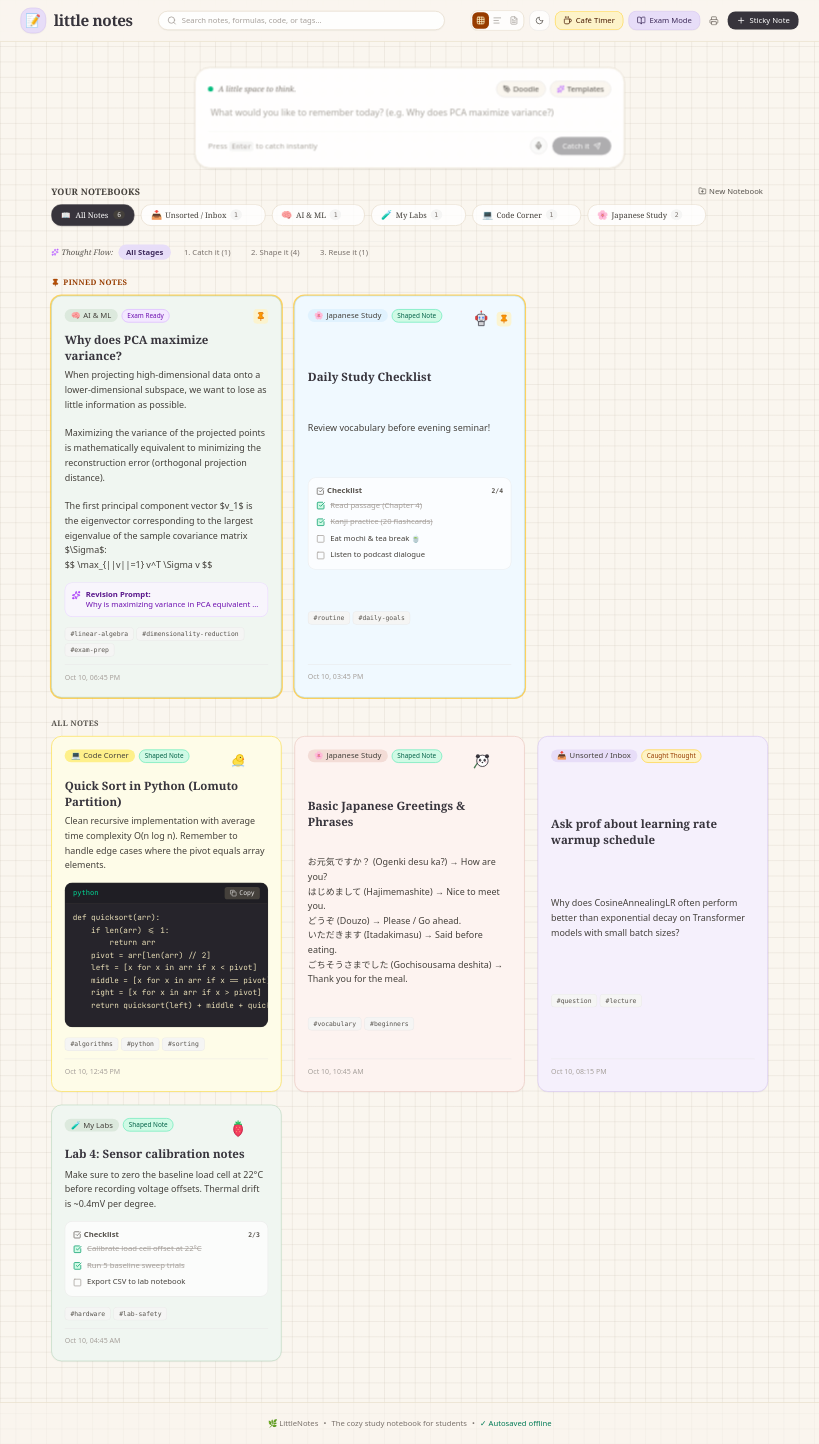
Repository: NourImen-cloud/LittleNotes
Page: /
An editor plug-in stored every save of this project. The page is shown before and after the next save, followed by the edit.
The browser window is 1280 px wide. The pictures show the whole page, at 64% of full size.
Some web fonts or font styles are not loaded; a fallback is used. The project was rebuilt for these pictures with package versions that can differ from the ones it lists, and the page was loaded fresh each time. Also part of the build but not shown: vite.config.ts, src/components/StickyNotePickerModal.tsx, src/components/EditNoteModal.tsx, src/components/RevisionModal.tsx, src/utils/audio.ts, src/components/StudyTimerModal.tsx, src/components/DoodleCanvasModal.tsx.

Above is the page before, as saved 2026-10-11 15:38:43.

### index.html
<!doctype html>
<html lang="en">
  <head>
    <meta charset="UTF-8" />
    <link rel="icon" type="image/svg+xml" href="/favicon.svg" />
    <meta name="viewport" content="width=device-width, initial-scale=1.0" />
    <title>LittleNotes — A Cozy Notebook for Students</title>
    <link rel="preconnect" href="https://fonts.googleapis.com">
    <link rel="preconnect" href="https://fonts.gstatic.com" crossorigin>
    <link href="https://fonts.googleapis.com/css2?family=Inter:wght@300;400;500;600;700&family=JetBrains+Mono:wght@400;500;600&family=Lora:ital,wght@0,400;0,500;0,600;1,400&family=Gaegu:wght@400;700&display=swap" rel="stylesheet">
  </head>
  <body class="bg-[#FAF6EF] text-[#37343C] antialiased selection:bg-[#E7DDF8] selection:text-[#37343C]">
    <div id="root"></div>
    <script type="module" src="/src/main.tsx"></script>
  </body>
</html>

### src/index.css
@import "tailwindcss";

@layer base {
  :root {
    --bg-paper: #FAF6EF;
    --color-ink: #37343C;
    --color-lilac: #E7DDF8;
    --color-sage: #DCE9DD;
    --color-blush: #F3DCD6;
    --color-butter: #FEF3C7;
    --color-sky: #E0F2FE;
  }

  body {
    background-color: var(--bg-paper);
    color: var(--color-ink);
    font-family: 'Inter', system-ui, -apple-system, sans-serif;
    margin: 0;
    min-height: 100vh;
  }

  h1, h2, h3, .font-serif {
    font-family: 'Lora', Georgia, serif;
  }

  code, pre, .font-mono {
    font-family: 'JetBrains Mono', monospace;
  }

  .font-handwriting {
    font-family: 'Gaegu', cursive, sans-serif;
  }
}

/* Cozy Notebook Graph / Grid Paper texture */
.grid-paper-bg {
  background-color: #FAF6EF;
  background-image:
    linear-gradient(to right, rgba(200, 190, 175, 0.22) 1px, transparent 1px),
    linear-gradient(to bottom, rgba(200, 190, 175, 0.22) 1px, transparent 1px);
  background-size: 24px 24px;
}

.grid-paper-dense {
  background-color: #FAF6EF;
  background-image:
    linear-gradient(to right, rgba(200, 190, 175, 0.18) 1px, transparent 1px),
    linear-gradient(to bottom, rgba(200, 190, 175, 0.18) 1px, transparent 1px);
  background-size: 16px 16px;
}

.ruled-paper-bg {
  background-color: #FAF6EF;
  background-image: linear-gradient(to bottom, transparent 27px, rgba(200, 190, 175, 0.25) 28px);
  background-size: 100% 28px;
}

/* Custom soft scrollbar */
::-webkit-scrollbar {
  width: 7px;
  height: 7px;
}
::-webkit-scrollbar-track {
  background: transparent;
}
::-webkit-scrollbar-thumb {
  background: rgba(55, 52, 60, 0.15);
  border-radius: 9999px;
}
::-webkit-scrollbar-thumb:hover {
  background: rgba(55, 52, 60, 0.28);
}

### src/data/initialData.ts
import type { Notebook, Note } from '../types';

export const INITIAL_NOTEBOOKS: Notebook[] = [
  {
    id: 'inbox',
    name: 'Unsorted / Inbox',
    color: '#E7DDF8',
    icon: '📥',
    description: 'Catch quick thoughts here before organizing.',
  },
  {
    id: 'ai-ml',
    name: 'AI & ML',
    color: '#DCE9DD',
    icon: '🧠',
    description: 'Machine Learning theory, linear algebra, and neural nets.',
  },
  {
    id: 'my-labs',
    name: 'My Labs',
    color: '#F3DCD6',
    icon: '🧪',
    description: 'Weekly lab experiments, observations, and benchmarks.',
  },
  {
    id: 'code-corner',
    name: 'Code Corner',
    color: '#FEF3C7',
    icon: '💻',
    description: 'Useful algorithms, snippets, and terminal recipes.',
  },
  {
    id: 'japanese',
    name: 'Japanese Study',
    color: '#E0F2FE',
    icon: '🌸',
    description: 'Grammar notes, kanji drills, and conversational phrases.',
  },
];

export const INITIAL_NOTES: Note[] = [
  {
    id: 'note-1',
    title: 'Why does PCA maximize variance?',
    content: `When projecting high-dimensional data onto a lower-dimensional subspace, we want to lose as little information as possible.

Maximizing the variance of the projected points is mathematically equivalent to minimizing the reconstruction error (orthogonal projection distance).

The first principal component vector $v_1$ is the eigenvector corresponding to the largest eigenvalue of the sample covariance matrix $\\Sigma$:
$$ \\max_{||v||=1} v^T \\Sigma v $$`,
    createdAt: new Date(Date.now() - 3600000 * 4).toISOString(),
    updatedAt: new Date(Date.now() - 3600000 * 2).toISOString(),
    notebookId: 'ai-ml',
    color: 'sage',
    styleType: 'classic',
    stage: 'reuse',
    isPinned: true,
    tags: ['linear-algebra', 'dimensionality-reduction', 'exam-prep'],
    revisionQuestion: 'Why is maximizing variance in PCA equivalent to minimizing projection error?',
    revisionAnswer: 'By the Pythagorean theorem, the total variance of a data point is split into the variance along the projection subspace and the squared distance to it. Since total variance is constant, maximizing variance along the projection directly minimizes projection error.',
  },
  {
    id: 'note-2',
    title: 'Daily Study Checklist',
    content: 'Review vocabulary before evening seminar!',
    createdAt: new Date(Date.now() - 3600000 * 12).toISOString(),
    updatedAt: new Date(Date.now() - 3600000 * 5).toISOString(),
    notebookId: 'japanese',
    color: 'sky',
    styleType: 'checklist',
    kawaiiSticker: 'robot',
    stage: 'shape',
    isPinned: true,
    tags: ['routine', 'daily-goals'],
    checklist: [
      { id: 'c-1', text: 'Read passage (Chapter 4)', done: true },
      { id: 'c-2', text: 'Kanji practice (20 flashcards)', done: true },
      { id: 'c-3', text: 'Eat mochi & tea break 🍵', done: false },
      { id: 'c-4', text: 'Listen to podcast dialogue', done: false },
    ],
  },
  {
    id: 'note-3',
    title: 'Quick Sort in Python (Lomuto Partition)',
    content: 'Clean recursive implementation with average time complexity O(n log n). Remember to handle edge cases where the pivot equals array elements.',
    createdAt: new Date(Date.now() - 3600000 * 24).toISOString(),
    updatedAt: new Date(Date.now() - 3600000 * 8).toISOString(),
    notebookId: 'code-corner',
    color: 'butter',
    styleType: 'code',
    kawaiiSticker: 'duck',
    stage: 'shape',
    isPinned: false,
    tags: ['algorithms', 'python', 'sorting'],
    codeBlock: {
      language: 'python',
      code: `def quicksort(arr):
    if len(arr) <= 1:
        return arr
    pivot = arr[len(arr) // 2]
    left = [x for x in arr if x < pivot]
    middle = [x for x in arr if x == pivot]
    right = [x for x in arr if x > pivot]
    return quicksort(left) + middle + quicksort(right)

# Test run
print(quicksort([3, 6, 8, 10, 1, 2, 1]))`,
    },
  },
  {
    id: 'note-4',
    title: 'Basic Japanese Greetings & Phrases',
    content: `お元気ですか？ (Ogenki desu ka?) → How are you?
はじめまして (Hajimemashite) → Nice to meet you.
どうぞ (Douzo) → Please / Go ahead.
いただきます (Itadakimasu) → Said before eating.
ごちそうさまでした (Gochisousama deshita) → Thank you for the meal.`,
    createdAt: new Date(Date.now() - 3600000 * 30).toISOString(),
    updatedAt: new Date(Date.now() - 3600000 * 10).toISOString(),
    notebookId: 'japanese',
    color: 'blush',
    styleType: 'kawaii',
    kawaiiSticker: 'panda',
    stage: 'shape',
    isPinned: false,
    tags: ['vocabulary', 'beginners'],
  },
  {
    id: 'note-5',
    title: 'Ask prof about learning rate warmup schedule',
    content: 'Why does CosineAnnealingLR often perform better than exponential decay on Transformer models with small batch sizes?',
    createdAt: new Date(Date.now() - 1800000).toISOString(),
    updatedAt: new Date(Date.now() - 1800000).toISOString(),
    notebookId: 'inbox',
    color: 'lilac',
    styleType: 'classic',
    stage: 'catch',
    isPinned: false,
    tags: ['question', 'lecture'],
  },
  {
    id: 'note-6',
    title: 'Lab 4: Sensor calibration notes',
    content: 'Make sure to zero the baseline load cell at 22°C before recording voltage offsets. Thermal drift is ~0.4mV per degree.',
    createdAt: new Date(Date.now() - 3600000 * 48).toISOString(),
    updatedAt: new Date(Date.now() - 3600000 * 16).toISOString(),
    notebookId: 'my-labs',
    color: 'sage',
    styleType: 'checklist',
    kawaiiSticker: 'strawberry',
    stage: 'shape',
    isPinned: false,
    tags: ['hardware', 'lab-safety'],
    checklist: [
      { id: 'l-1', text: 'Calibrate load cell offset at 22°C', done: true },
      { id: 'l-2', text: 'Run 5 baseline sweep trials', done: true },
      { id: 'l-3', text: 'Export CSV to lab notebook', done: false },
    ],
  },
];

### src/components/QuickCapture.tsx
import React, { useState, useRef } from 'react';
import type { Note } from '../types';
import { Send, Sparkles, CheckCircle2, Mic, MicOff, PenTool } from 'lucide-react';

interface Props {
  onCapture: (noteData: Partial<Note>) => void;
  onOpenTemplates: () => void;
  onOpenDoodle: () => void;
}

export const QuickCapture: React.FC<Props> = ({
  onCapture,
  onOpenTemplates,
  onOpenDoodle,
}) => {
  const [content, setContent] = useState('');
  const [isExpanded, setIsExpanded] = useState(false);
  const [title, setTitle] = useState('');
  const [recentlySaved, setRecentlySaved] = useState(false);
  const [isListening, setIsListening] = useState(false);
  const recognitionRef = useRef<any>(null);
  const textareaRef = useRef<HTMLTextAreaElement>(null);

  const toggleListening = () => {
    const SpeechRecognition =
      (window as any).SpeechRecognition || (window as any).webkitSpeechRecognition;

    if (!SpeechRecognition) {
      alert('Speech-to-text is supported in Chrome, Edge, and Safari browsers.');
      return;
    }

    if (isListening) {
      if (recognitionRef.current) {
        recognitionRef.current.stop();
      }
      setIsListening(false);
      return;
    }

    try {
      const recognition = new SpeechRecognition();
      recognition.continuous = true;
      recognition.interimResults = true;
      recognition.lang = 'en-US';

      recognition.onstart = () => {
        setIsListening(true);
        setIsExpanded(true);
      };

      recognition.onresult = (event: any) => {
        let transcript = '';
        for (let i = event.resultIndex; i < event.results.length; i++) {
          transcript += event.results[i][0].transcript;
        }
        setContent((prev) => (prev ? prev + ' ' + transcript : transcript));
      };

      recognition.onerror = (event: any) => {
        console.error('Speech recognition error', event);
        setIsListening(false);
      };

      recognition.onend = () => {
        setIsListening(false);
      };

      recognitionRef.current = recognition;
      recognition.start();
    } catch (err) {
      console.error(err);
      setIsListening(false);
    }
  };

  const handleSubmit = (e?: React.FormEvent) => {
    if (e) e.preventDefault();
    if (!content.trim() && !title.trim()) return;

    if (isListening && recognitionRef.current) {
      recognitionRef.current.stop();
      setIsListening(false);
    }

    onCapture({
      title: title.trim(),
      content: content.trim(),
      notebookId: 'inbox',
      stage: 'catch',
      color: 'paper',
      styleType: 'classic',
      tags: [],
    });

    setTitle('');
    setContent('');
    setIsExpanded(false);
    setRecentlySaved(true);
    setTimeout(() => setRecentlySaved(false), 2500);
  };

  const handleKeyDown = (e: React.KeyboardEvent<HTMLTextAreaElement>) => {
    if (e.key === 'Enter' && !e.shiftKey && !isExpanded) {
      e.preventDefault();
      handleSubmit();
    } else if (e.key === 'Enter' && (e.metaKey || e.ctrlKey)) {
      e.preventDefault();
      handleSubmit();
    }
  };

  return (
    <div className="w-full max-w-2xl mx-auto my-6">
      <div className="bg-white/90 backdrop-blur-xs rounded-3xl p-4 sm:p-5 shadow-sm border border-[#E4D9C7] hover:border-stone-400/70 transition-all duration-200">
        <div className="flex items-center justify-between mb-2">
          <div className="flex items-center gap-2">
            <span className="w-2 h-2 rounded-full bg-emerald-500 animate-pulse"></span>
            <span className="text-xs font-serif italic text-stone-500">
              A little space to think.
            </span>
          </div>

          <div className="flex items-center gap-1.5">
            <button
              onClick={onOpenDoodle}
              className="flex items-center gap-1 text-xs px-2.5 py-1 rounded-full bg-[#FAF6EF] hover:bg-stone-200/60 text-stone-600 border border-stone-200 transition font-medium cursor-pointer"
              title="Draw diagram or write with stylus on grid paper"
            >
              <PenTool size={12} className="text-stone-700" />
              <span>Doodle</span>
            </button>

            <button
              onClick={onOpenTemplates}
              className="flex items-center gap-1 text-xs px-2.5 py-1 rounded-full bg-[#FAF6EF] hover:bg-[#E7DDF8] text-stone-600 hover:text-stone-900 border border-stone-200 transition font-medium cursor-pointer"
            >
              <Sparkles size={12} className="text-purple-500" />
              <span>Templates</span>
            </button>
          </div>
        </div>

        <form onSubmit={handleSubmit} className="space-y-2">
          {isExpanded && (
            <input
              type="text"
              placeholder="Note title (optional)..."
              value={title}
              onChange={(e) => setTitle(e.target.value)}
              className="w-full text-base font-serif font-medium bg-transparent border-b border-stone-200/80 px-1 py-1 text-stone-800 placeholder:text-stone-400 focus:outline-hidden focus:border-stone-500"
            />
          )}

          <div className="relative">
            <textarea
              ref={textareaRef}
              rows={isExpanded ? 3 : 1}
              value={content}
              onFocus={() => setIsExpanded(true)}
              onChange={(e) => setContent(e.target.value)}
              onKeyDown={handleKeyDown}
              placeholder="What would you like to remember today? (e.g. Why does PCA maximize variance?)"
              className="w-full resize-none text-sm text-stone-800 placeholder:text-stone-400 bg-transparent px-1 py-1 focus:outline-hidden leading-relaxed"
            />
          </div>

          <div className="flex items-center justify-between pt-2 border-t border-stone-100 text-xs text-stone-400">
            <div className="flex items-center gap-2">
              {recentlySaved ? (
                <span className="text-emerald-700 flex items-center gap-1 font-medium animate-in fade-in">
                  <CheckCircle2 size={13} />
                  Saved to Inbox!
                </span>
              ) : isListening ? (
                <span className="text-rose-600 flex items-center gap-1.5 font-medium animate-pulse">
                  <span className="w-2 h-2 rounded-full bg-rose-500"></span>
                  Listening... speak your thought
                </span>
              ) : (
                <span>
                  Press <kbd className="px-1 py-0.5 rounded-sm bg-stone-100 font-mono text-[10px]">Enter</kbd> to catch instantly
                </span>
              )}
            </div>

            <div className="flex items-center gap-2">
              {/* Voice Memo Mic Button */}
              <button
                type="button"
                onClick={toggleListening}
                className={`p-1.5 rounded-full border transition cursor-pointer ${
                  isListening
                    ? 'bg-rose-500 text-white border-rose-600 animate-pulse shadow-xs'
                    : 'bg-stone-50 text-stone-600 border-stone-200 hover:bg-stone-100'
                }`}
                title={isListening ? 'Stop recording voice' : 'Dictate voice memo (15-sec capture)'}
              >
                {isListening ? <MicOff size={13} /> : <Mic size={13} />}
              </button>

              {isExpanded && (
                <button
                  type="button"
                  onClick={() => setIsExpanded(false)}
                  className="px-2.5 py-1 rounded-lg hover:bg-stone-100 text-stone-500 cursor-pointer"
                >
                  Cancel
                </button>
              )}

              <button
                type="submit"
                disabled={!content.trim() && !title.trim()}
                className="flex items-center gap-1.5 px-4 py-1.5 rounded-full bg-[#37343C] text-white hover:bg-stone-800 disabled:opacity-40 disabled:cursor-not-allowed transition shadow-xs text-xs font-medium cursor-pointer"
              >
                <span>Catch it</span>
                <Send size={12} />
              </button>
            </div>
          </div>
        </form>
      </div>
    </div>
  );
};

### src/utils/theme.ts
import type { NoteColor, ThoughtStage } from '../types';

export interface ColorScheme {
  bg: string;
  border: string;
  badge: string;
  text: string;
  headerBg: string;
}

export const NOTE_COLORS: Record<NoteColor, ColorScheme> = {
  paper: {
    bg: '#FAF6EF',
    border: '#E8DFC9',
    badge: '#EFE8D6',
    text: '#37343C',
    headerBg: '#F3ECDE',
  },
  lilac: {
    bg: '#F5F0FC',
    border: '#D8C6F2',
    badge: '#E7DDF8',
    text: '#352D42',
    headerBg: '#ECE2F9',
  },
  sage: {
    bg: '#F0F6F1',
    border: '#BED9C2',
    badge: '#DCE9DD',
    text: '#28382C',
    headerBg: '#E2EFE3',
  },
  blush: {
    bg: '#FDF3F0',
    border: '#ECC9C0',
    badge: '#F3DCD6',
    text: '#432C28',
    headerBg: '#F8E3DD',
  },
  butter: {
    bg: '#FEFCE8',
    border: '#FDE047',
    badge: '#FEF08A',
    text: '#423311',
    headerBg: '#FEF08A',
  },
  sky: {
    bg: '#F0F9FF',
    border: '#BAE6FD',
    badge: '#E0F2FE',
    text: '#1E3A5F',
    headerBg: '#E0F2FE',
  },
  peach: {
    bg: '#FFF7ED',
    border: '#FED7AA',
    badge: '#FFEDD5',
    text: '#43281C',
    headerBg: '#FFEDD5',
  },
};

export const STAGE_META: Record<
  ThoughtStage,
  { label: string; step: string; badgeClass: string; desc: string }
> = {
  catch: {
    label: 'Caught Thought',
    step: 'Step 1: Catch it',
    badgeClass: 'bg-amber-100 text-amber-800 border-amber-300',
    desc: 'Quick capture from lecture or impulse',
  },
  shape: {
    label: 'Shaped Note',
    step: 'Step 2: Shape it',
    badgeClass: 'bg-emerald-100 text-emerald-800 border-emerald-300',
    desc: 'Enriched with code, checklist, or tags',
  },
  reuse: {
    label: 'Exam Ready',
    step: 'Step 3: Reuse it',
    badgeClass: 'bg-purple-100 text-purple-800 border-purple-300',
    desc: 'Turned into revision cards or reference',
  },
};

Loaded but not shown: src/main.tsx (common file); src/components/NotebooksBar.tsx (461 lines, source omitted); src/App.tsx (506 lines, source omitted); src/components/NoteCard.tsx (287 lines, source omitted); src/components/Header.tsx (196 lines, source omitted); src/components/Stickers.tsx (145 lines, source omitted)

After the next save:
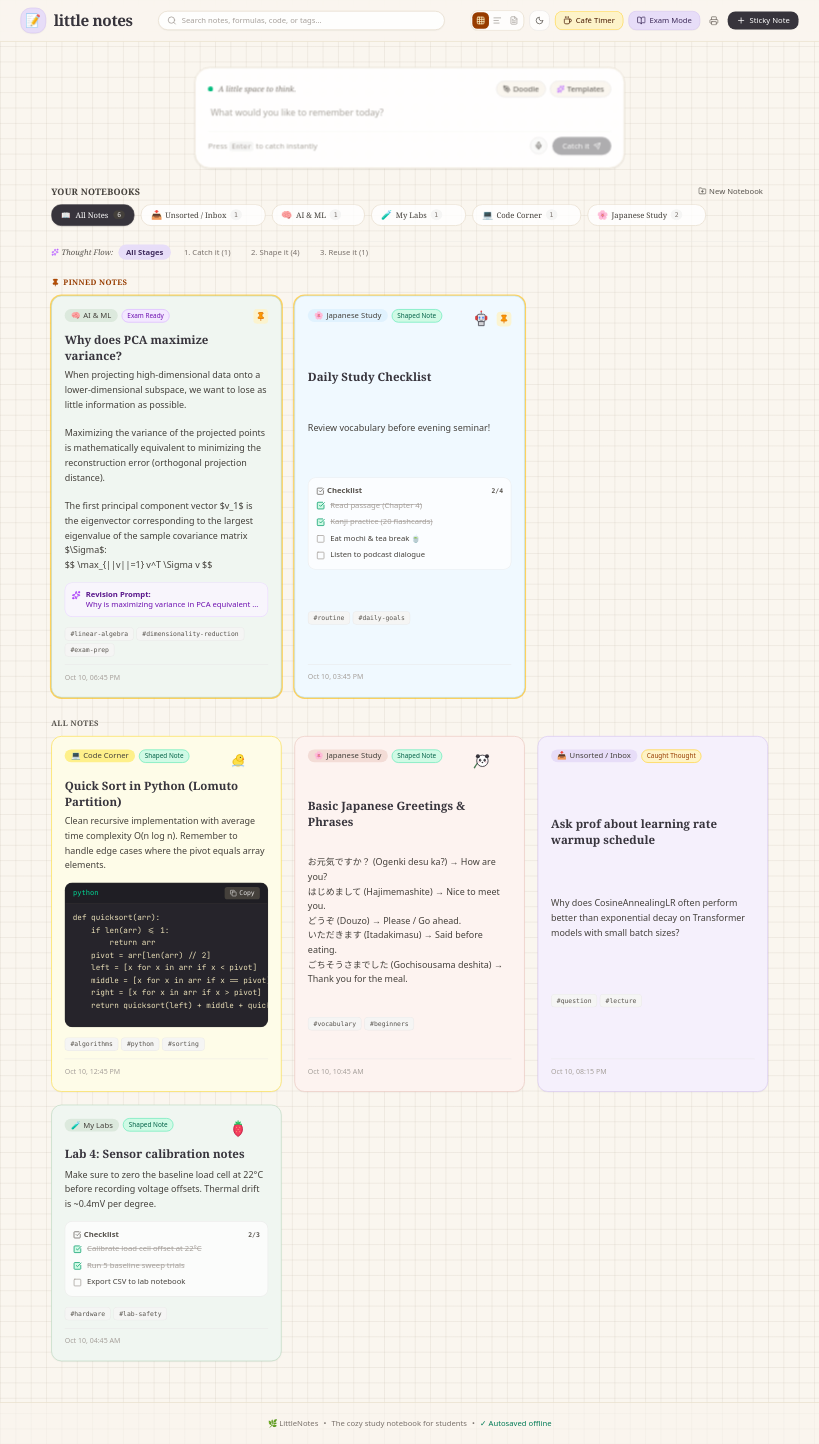
Saved 9 min 14 s later.
--- a/src/components/QuickCapture.tsx
+++ b/src/components/QuickCapture.tsx
@@ -160,7 +160,7 @@ export const QuickCapture: React.FC<Props> = ({
               onFocus={() => setIsExpanded(true)}
               onChange={(e) => setContent(e.target.value)}
               onKeyDown={handleKeyDown}
-              placeholder="What would you like to remember today? (e.g. Why does PCA maximize variance?)"
+              placeholder="What would you like to remember today? "
               className="w-full resize-none text-sm text-stone-800 placeholder:text-stone-400 bg-transparent px-1 py-1 focus:outline-hidden leading-relaxed"
             />
           </div>
